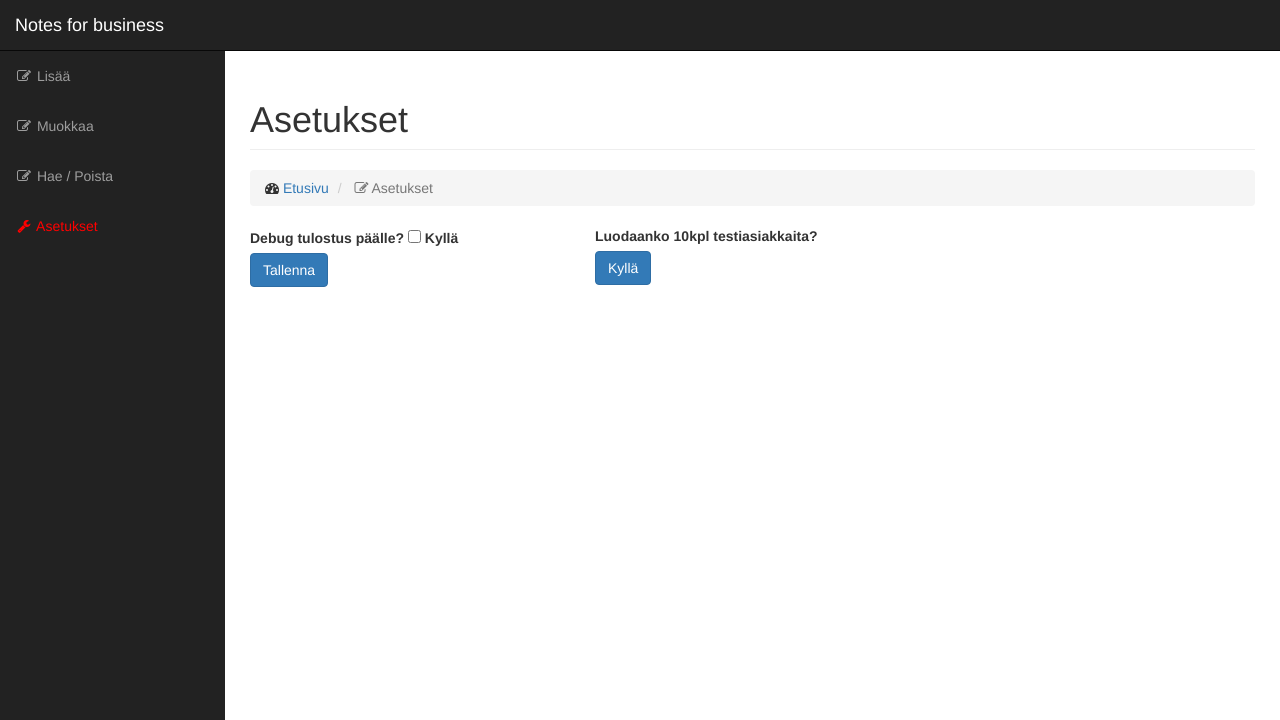
Repository: TommiKurjensalo/php
Page: http://localhost/asetukset.php
An editor plug-in stored every save of this project. The page is shown before and after the next save, followed by the edit.
The browser window is 1280 px wide. The pictures show the whole page.
The page is run by PHP 8.4 with error messages shown; the project is at /var/www/html/.

Above is the page before, as saved 2017-04-22 18:31:59.

### sivut/asetukset.php
<?php
require_once "asetuksetLuokka.php";

// Käynnistetään sessio
session_start ();

// Onko painettu tallenna-painiketta
if (isset($_POST["tallenna"])) {
	if (isset($_COOKIE["isDebug"])) {
		echo "<div style='padding-left:300px;'>";
		echo "post debug: ".(isset($_POST["debug"])
				? $_POST["debug"] : 'notSet') ."  tallenna painike valittu </div>";
	}
	// Viedään muodostimelle kenttien arvot
		if (isset($_POST["debug"])) {
			$asetukset = true;

			// Kirjoitetaan session tiedot talteen
			$_SESSION ["asetukset"] = true;
			session_write_close ();

			// Asetetaan cookie, koska debug haluttiin päälle
			setcookie("isDebug", $_POST["debug"], time() +86400, "/sivut/"); // 86400 = 1 day

			echo (isset($_COOKIE["isDebug"]) ? "<br><div style='padding-left:300px;'> Cookies are enabled </div>" : '');

		} else {

				// Tuhotaan cookie, koska käyttäjä niin halusi
				setcookie("isDebug", "", time() - 3600, "/sivut/");

				echo (isset($_COOKIE["isDebug"]) ? "<br><div style='padding-left:300px;'>  if isset post debug else tuhotaan " : '');

				$_SESSION = array ();

					if (isset ( $_COOKIE [session_name ()] )) {
						setcookie ( session_name (), '', time () - 100, '/' );
					}

				session_destroy ();
				$asetukset = false;

				echo (isset($_COOKIE["isDebug"]) ? "<br> Cookies are disabled" :''). "</div>";
		}

	echo (isset($_COOKIE["isDebug"])
			? "<div style='padding-left:300px;'>if cookie debug sisältö: " .(isset($_COOKIE["isDebug"])
					? $_COOKIE["isDebug"] :'false'). "</div>" : '</div>');

} elseif (isset ( $_POST ["debug"] )) {
	if (isset ( $_SESSION ["asetukset"] )) {
		echo (isset($_COOKIE["isDebug"]) ? "<div style='padding-left:300px;'> elseif isset post&session </div>" :'');
		$_SESSION = array ();

		if (isset ( $_COOKIE [session_name ()] )) {
			setcookie ( session_name (), '', time () - 100, '/' );
		}

		session_destroy ();
	}

} else {

	// Sivulle tultiin ensimmäistä kertaa
	// Tehdään false muuttuja
	$asetukset = false;

	if (isset ($_COOKIE["isDebug"] )) {
		if (isset ( $_SESSION ["asetukset"] )) {
			echo (isset($_COOKIE["isDebug"]) ? "<div style='padding-left:300px;'><br>else isset session asetukset sisältö: " .$_SESSION ["asetukset"]. "</div>" :'');
			$asetukset = true;
		}

		$asetukset = true;
		echo (isset($_COOKIE["isDebug"]) ?
		"<div style='padding-left:300px;'>" .
		" else isset cookie debug sisältö: " .$_COOKIE["isDebug"]. "</div>":'');

	} elseif (isset ( $_SESSION ["asetukset"] )) {
		$asetukset = true;
	}



}

?>

<!DOCTYPE html>
<html lang="en">

<head>

    <meta charset="utf-8">
    <meta http-equiv="X-UA-Compatible" content="IE=edge">
    <meta name="viewport" content="width=device-width, initial-scale=1">
    <meta name="description" content="">
    <meta name="author" content="">

    <title>Notes</title>

    <!-- Bootstrap Core CSS -->
    <link href="css/bootstrap.min.css" rel="stylesheet">

    <!-- Custom CSS -->
    <link href="css/sb-admin.css" rel="stylesheet">

    <!-- Custom Fonts -->
    <link href="font-awesome/css/font-awesome.min.css" rel="stylesheet" type="text/css">

    <!-- HTML5 Shim and Respond.js IE8 support of HTML5 elements and media queries -->
    <!-- WARNING: Respond.js doesn't work if you view the page via file:// -->
    <!--[if lt IE 9]>
        <script src="https://oss.maxcdn.com/libs/html5shiv/3.7.0/html5shiv.js"></script>
        <script src="https://oss.maxcdn.com/libs/respond.js/1.4.2/respond.min.js"></script>
    <![endif]-->

</head>

<body>

    <div id="wrapper">

        <!-- Navigation -->
        <nav class="navbar navbar-inverse navbar-fixed-top" role="navigation">
            <!-- Brand and toggle get grouped for better mobile display -->
            <div class="navbar-header">
                 <a class="navbar-brand" href="index.php">Notes for business</a>

            </div>

            <!-- Sidebar Menu Items - These collapse to the responsive navigation menu on small screens -->
            <div class="collapse navbar-collapse navbar-ex1-collapse">
                <ul class="nav navbar-nav side-nav">
                    <li>
                        <a href="lisaa.php"> <i class="fa fa-fw fa-edit"></i> Lisää</a>
                    </li>
                    <li>
                        <a href="muokkaa.php"><i class="fa fa-fw fa-edit"></i> Muokkaa</a>
                    </li>
                    <li>
                        <a href="listaaKaikki.php"><i class="fa fa-fw fa-edit"></i> Hae / Poista</a>
                    </li>
                    <li>
                        <a href="asetukset.php" class="active"><i class="fa fa-fw fa-wrench"></i> Asetukset</a>
                    </li>

                </ul>
            </div>
            <!-- /.navbar-collapse -->
        </nav>

        <div id="page-wrapper">

            <div class="container-fluid">

                <!-- Page Heading -->
                <div class="row">
                    <div class="col-lg-12">
                        <h1 class="page-header">
                            Asetukset
                        </h1>
                        <ol class="breadcrumb">
                            <li>
                                <i class="fa fa-dashboard"></i>  <a href="index.php">Etusivu</a>
                            </li>
                            <li class="active">
                                <i class="fa fa-edit"></i> Asetukset
                            </li>
                        </ol>
                    </div>
                </div>
                <!-- /.row -->

                <div class="row">
                    <div class="col-lg-4">

                        <form class="form-inline" role="form" action="<?php echo htmlspecialchars($_SERVER["PHP_SELF"]);?>" method="post">

                            <div class="form-check form-check-inline">
  							  <label class="form-check-label"> Debug tulostus päälle?
	                                	<input name="debug" type="checkbox" class="form-check-input" value="true"
	                                	<?php echo (($asetukset ===true) ? ' checked' : ''); ?> /> Kyllä</label>
	                                </div>

                          	<div class="form-group">

                            		<input name="tallenna" type="submit" class="btn btn-primary px-2" value="Tallenna"/>
							</div> <!-- ./form-group -->


					</div> <!-- ./col-lg-4 -->

						<div class="col-lg-4"> <!-- luo testi asiakkaita -->
						<label>Luodaanko 10kpl testiasiakkaita?</label>
							<?php
							if (isset($_POST["luoTestiAsiakkaita"])) {
							try {

								$asiakas = new Asetukset();
								$rivit = $asiakas->lisaaTestiAsiakkaita();

							echo ((stripos($rivit[0], 'lisaa ok') !== FALSE && stripos($rivit[1],
			                      'lisaa_kayttojarjestelma ok') !== FALSE)
			                       ? '<h3 style="color:green"><i class="glyphicon glyphicon-ok">
			                       </i> Testi asiakkaat on lisätty onnistuneesti! <br> Lisättyjä rivejä: '
			                       .$rivit[2]. '</h3>': '<h3>Lisäys epäonnistui</h3>');
							} catch (Exception $error) {

								print($error->getMessage());
								echo "<br>";
								}
							}
							?>

							<div class="form-group">
                 					<input name="luoTestiAsiakkaita" type="submit" class="btn btn-primary px-2" value="Kyllä"/>
							</div> <!-- ./form-group -->

						</div> <!-- ./col-lg-4  luo testi asiakkaita -->

                    </form>
                </div>
                <!-- /.row -->

            </div>
            <!-- /.container-fluid -->

        </div>
        <!-- /#page-wrapper -->

    </div>
    <!-- /#wrapper -->

    <!-- jQuery -->
    <script src="js/jquery.js"></script>

    <!-- Bootstrap Core JavaScript -->
    <script src="js/bootstrap.min.js"></script>

</body>

</html>

### sivut/asetuksetLuokka.php
<?php
require_once "PDO.php";

class Asetukset {
public function lisaaTestiAsiakkaita() {

// *** lisaa taulun lisäys
for ($i=1;$i<=10;$i++) {
	// Luodaan SQL kysely tietojen lisäystä varten
	$sql_lisaa = "INSERT INTO lisaa (asiakkaanNimi,sahkopostiosoite,puhelinNumero,
                        		asennusPaivamaara,levytila,lisatietoa)
                               	VALUE (:asiakkaanNimi,:sahkopostiosoite,:puhelinNumero,
                                :asennusPaivamaara,:levytila,:lisatietoa);";

	// Valmistellaan lause
	$stmt_lisaa = Database :: prepare($sql_lisaa);

	// Jos lausetta ei ole onnistuneesti valmisteltu, annetaan virheilmoitus
	if (! $stmt_lisaa = Database :: prepare($sql_lisaa)) {
		$virhe_lisaa = Database :: errorInfo();

		throw new PDOException($virhe_lisaa[2], $virhe_lisaa[1]);
	}

	// Asetetaan asiakkaan nimi Asiakas?
	$stmt_lisaa->bindValue(":asiakkaanNimi", utf8_decode("Asiakas".$i), PDO::PARAM_STR);

	// Asetetaan sähköposti
	$stmt_lisaa->bindValue(":sahkopostiosoite", utf8_decode("asiakas".$i."@asiakas.org"), PDO::PARAM_STR);

	// Asetetaan puhelinnumero
	$stmt_lisaa->bindValue(":puhelinNumero", utf8_decode("040-123 45".$i), PDO::PARAM_STR);

	// Asetetaan asennuspäivämäärä
	$stmt_lisaa->bindValue(":asennusPaivamaara", utf8_decode("2016-05-" .$i), PDO::PARAM_STR);

	// Asetetaan levytila 20x Gt
	$stmt_lisaa->bindValue(":levytila", utf8_decode("20".$i), PDO::PARAM_INT);


	// Asetetaan lisatietoa
	$stmt_lisaa->bindValue(":lisatietoa", utf8_decode("Lisätietoja koskien asiakasta".$i), PDO::PARAM_STR);

	$tulos = array();

	// Jos SQL kyselylausekkeen ajo epäonnistuu, näytetään virheviesti
	if (! $stmt_lisaa->execute()) {
		$virhe_lisaa = $stmt_lisaa->errorInfo();
		$tulos[] = $virhe_lisaa;

		if ($virhe_lisaa[0] == "HY093") {
			$virhe_lisaa[2] = "Invalid parameter";
		}
		throw new PDOException($virhe_lisaa[2], $virhe_lisaa[1]);
	} else {
		$tulos[] = "lisaa ok";
	}
//} // for loop - lisaa kantaan

	// debuggausta varten
	if (isset($_COOKIE["isDebug"])) {
		echo "<br>var_dump: ".	var_dump($lisaa). "<br>";
		echo "INSERT INTO lisaa (lisaaId,asiakkaanNimi,sahkopostiosoite,puhelinNumero,
				asennusPaivamaara,levytila,lisatietoa)
				VALUE (:lisaaId,\"".$lisaa->getAsiakkaanNimi()."\",\"" .$lisaa->getSahkopostiosoite(). "\",\"" .$lisaa->getPuhelinNumero()."\",
				\"".$asennusPaivamaara."\",\"".$lisaa->getLevytila()."\",\"".$lisaa->getLisatietoa()."\");";

		echo '<br>';
	}

// *** lisaa_kayttajarjestelma taulun lisäys
$y=0; // muuttuja käyttöjärjestelmä id:tä varten

//for ($i=1;$i<=10;$i++) {
	(($y >=4) ? $y=1 : $y++);
	// SQL lauseke
	$sql_linkkaus = "INSERT INTO lisaa_kayttojarjestelma (kayttoJarjestelmaId,lisaaId)
                     VALUE (:kayttoJarjestelmaId,:lisaaId);";

	// Valmistellaan lause
	$stmt_linkkaus = Database :: prepare($sql_linkkaus);

	// Jos lausetta ei ole onnistuneesti valmisteltu, annetaan virheilmoitus
	if (! $stmt_linkkaus = Database :: prepare($sql_linkkaus)) {
		$virhe_linkkaus = Database :: errorInfo();

		throw new PDOException($virhe_linkkaus[2], $virhe_linkkaus[1]);
	}

	// Asetetaan käyttöjärjestelmä id
	$stmt_linkkaus->bindValue(":kayttoJarjestelmaId", utf8_decode($y), PDO::PARAM_STR);

	// Asetetaan lisaa id
	$stmt_linkkaus->bindValue(":lisaaId", utf8_decode(Database::lastInsertId()), PDO::PARAM_INT);

	// Jos SQL kyselylausekkeen ajo epäonnistuu, näytetään virheviesti
	if (! $stmt_linkkaus->execute()) {
		$virhe_linkkaus = $stmt_linkkaus->errorInfo();
		$tulos[] = $virhe_linkkaus;
		if ($virhe_linkkaus[0] == "HY093") {
			$virhe_linkkaus[2] = "Invalid parameter";
		}

		throw new PDOException($virhe_linkkaus[2], $virhe_linkkaus[1]);
	} else {
		$tulos[] = "lisaa_kayttojarjestelma ok";
	}

	if (isset($_COOKIE["isDebug"])) {
		echo "INSERT INTO lisaa_kayttojarjestelma (kayttoJarjestelmaId,lisaaId)
              VALUE (\"".$y."\",\"".Database::lastInsertId()."\");";
	}

} // for loop -


	$this->lkm = $stmt_lisaa->rowCount();
	$tulos[] = $this->lkm;
	return $tulos;

} // function lisaaTestiAsiakkaita
}
?>

### sivut/PDO.php
<?php

class Database {

	// Määritellään $link muuttujalle arvo null
	private static $link = null ;

	// Luodaan funktio getLink, joka palauttaa $link arvon, jos se on true
	private static function getLink ( ) {
		if ( self :: $link ) {
			return self :: $link ;
		}

		// Määritellään asetustiedosto
		$ini = "pdo_settings.ini" ;

		// Määritetään, muuttujalle asetustiedoston sisältö, jos tiedostoa ei löydy annettaan virheilmoitus
		//$parse = parse_ini_file ( $ini , TRUE ) ;
		if (!$parse = parse_ini_file($ini, TRUE,INI_SCANNER_TYPED)) throw new exception('Ei pystytty avaamaan tiedostoa ' . $ini . '.');

		// Annetaan muuttujille arvot asetustiedostosta
		$driver = $parse [ "db_driver" ] ;
		$dsn = "${driver}:" ;
		$user = $parse [ "db_user" ] ;
		$password = $parse [ "db_password" ] ;
		$options = $parse [ "db_options" ] ;
		$attributes = $parse [ "db_attributes" ] ;

		// Luodaan [dsn] lohkon avulla $dsn muuttujan parametrit
		foreach ( $parse [ "dsn" ] as $k => $v ) {
			$dsn .= "${k}=${v};" ;
		}

		// Avataan uusi PDO yhteys annetuilla arvoilla
		self :: $link = new PDO ( $dsn, $user, $password, $options ) ;


		// Käydään attribuutit läpi ja ajetaan ne
		foreach ( $attributes as $k => $v ) {

			self :: $link -> setAttribute ( constant ( "{$k}" )
			, constant ( "{$v}" ) );
			//echo ( "link -> setAttribute (" .$k.", ".$v. ")" );
		}


		// Palautetaan $link (yhteys)
		return self :: $link ;

} // getLink

	// Pyytää linkin tiedon array listaan
	public static function __callStatic ( $name, $args ) {
		$callback = array ( self :: getLink ( ), $name ) ;
		return call_user_func_array ( $callback , $args ) ;
	}

	// Yksinkertainen funtio, joka testaa onko yhteys päällä
	public function isConnected()
	{
		try {
			return (bool) Database::query('SELECT 1+1');
		} catch (PDOException $e) {
			return FALSE;
		}
	} // isConnected
} // Database

?>

### sivut/css/sb-admin.css
/*!
 * Start Bootstrap - SB Admin (http://startbootstrap.com/)
 * Copyright 2013-2016 Start Bootstrap
 * Licensed under MIT (https://github.com/BlackrockDigital/startbootstrap/blob/gh-pages/LICENSE)
 */

/* Global Styles */

body {
    margin-top: 100px;
   /* background-color: #222; */
}

@media(min-width:768px) {
    body {
        margin-top: 50px;
    }
}

#wrapper {
    padding-left: 0;
}

#page-wrapper {
    width: 100%;
    padding: 0;
    background-color: #fff;
}

.huge {
    font-size: 50px;
    line-height: normal;
}

@media(min-width:768px) {
    #wrapper {
        padding-left: 225px;
    }

    #page-wrapper {
        padding: 10px;
    }
}

/* Top Navigation */

.top-nav {
    padding: 0 15px;
}

.top-nav>li {
    display: inline-block;
    float: left;
}

.top-nav>li>a {
    padding-top: 15px;
    padding-bottom: 15px;
    line-height: 20px;
    color: #999;
}

.top-nav>li>a:hover,
.top-nav>li>a:focus,
.top-nav>.open>a,
.top-nav>.open>a:hover,
.top-nav>.open>a:focus {
    color: #fff;
    background-color: #000;
}

.top-nav>.open>.dropdown-menu {
    float: left;
    position: absolute;
    margin-top: 0;
    border: 1px solid rgba(0,0,0,.15);
    border-top-left-radius: 0;
    border-top-right-radius: 0;
    background-color: #fff;
    -webkit-box-shadow: 0 6px 12px rgba(0,0,0,.175);
    box-shadow: 0 6px 12px rgba(0,0,0,.175);
}

.top-nav>.open>.dropdown-menu>li>a {
    white-space: normal;
}

ul.message-dropdown {
    padding: 0;
    max-height: 250px;
    overflow-x: hidden;
    overflow-y: auto;
}

li.message-preview {
    width: 275px;
    border-bottom: 1px solid rgba(0,0,0,.15);
}

li.message-preview>a {
    padding-top: 15px;
    padding-bottom: 15px;
}

li.message-footer {
    margin: 5px 0;
}

ul.alert-dropdown {
    width: 200px;
}

/* Side Navigation */

@media(min-width:768px) {
    .side-nav {
        position: fixed;
        top: 51px;
        left: 225px;
        width: 225px;
        margin-left: -225px;
        border: none;
        border-radius: 0;
        overflow-y: auto;
        background-color: #222;
        bottom: 0;
        overflow-x: hidden;
        padding-bottom: 40px;
    }

    .side-nav>li>a {
        width: 225px;
    }

	.nav .navbar-nav .side-nav > .active > a {
        color:red !important;
    }

	.side-nav a.active{
        color:red !important;
    }

    .side-nav li a:hover,
    .side-nav li a:focus {
        outline: none;
        background-color: #000 !important;
    }
}

.side-nav>li>ul {
    padding: 0;
}

.side-nav>li>ul>li>a {
    display: block;
    padding: 10px 15px 10px 38px;
    text-decoration: none;
    color: #999;
}

.side-nav>li>ul>li>a:hover {
    color: #fff;
}

/* Flot Chart Containers */

.flot-chart {
    display: block;
    height: 400px;
}

.flot-chart-content {
    width: 100%;
    height: 100%;
}

/* Custom Colored Panels */

.huge {
    font-size: 40px;
}

.panel-green {
    border-color: #5cb85c;
}

.panel-green > .panel-heading {
    border-color: #5cb85c;
    color: #fff;
    background-color: #5cb85c;
}

.panel-green > a {
    color: #5cb85c;
}

.panel-green > a:hover {
    color: #3d8b3d;
}

.panel-red {
    border-color: #d9534f;
}

.panel-red > .panel-heading {
    border-color: #d9534f;
    color: #fff;
    background-color: #d9534f;
}

.panel-red > a {
    color: #d9534f;
}

.panel-red > a:hover {
    color: #b52b27;
}

.panel-yellow {
    border-color: #f0ad4e;
}

.panel-yellow > .panel-heading {
    border-color: #f0ad4e;
    color: #fff;
    background-color: #f0ad4e;
}

.panel-yellow > a {
    color: #f0ad4e;
}

.panel-yellow > a:hover {
    color: #df8a13;
}

@media screen and (max-width: 1024px) {
				.etusivu {
				left: 50%;
				margin-left: -512px; }
		}

.etusivu {
			background: linear-gradient(to bottom,rgba(0, 0, 0, 0), rgba(0, 0, 0, 0.4)
			),url(../img/film-background.jpg);
			position: fixed;
			overflow: hidden;
			left: 0;
	  		/* Set rules to fill background */
			min-height: 100%;
			min-width: 1024px;

			/* Set up proportionate scaling */
			width: 100%;
			height: auto;
    	}

.etusivu > h1 {
		     margin: 0;
			 color: white;
			 padding: 10% 0 0 50%;
			 text-shadow: 10px 10px 0 black;
		 }

hr {
   display: block;
   position: relative;
   height: 0;
   width: 100%;
   max-height: 0;
   font-size: 1px;
   line-height: 10px;
   clear: both;
   border: none;
   border-top: 2px solid #aaaaaa;
   border-bottom: 2px solid #ffffff;
}

.table-hover>tbody>tr:hover>td, .table-hover>tbody>tr:hover>th {
  background-color: #646464;
  color:#eeeeee;
}

Loaded but not shown: sivut/css/bootstrap.min.css (library); sivut/font-awesome/css/font-awesome.min.css (library); sivut/js/jquery.js (library); sivut/js/bootstrap.min.js (library)

After the next save:
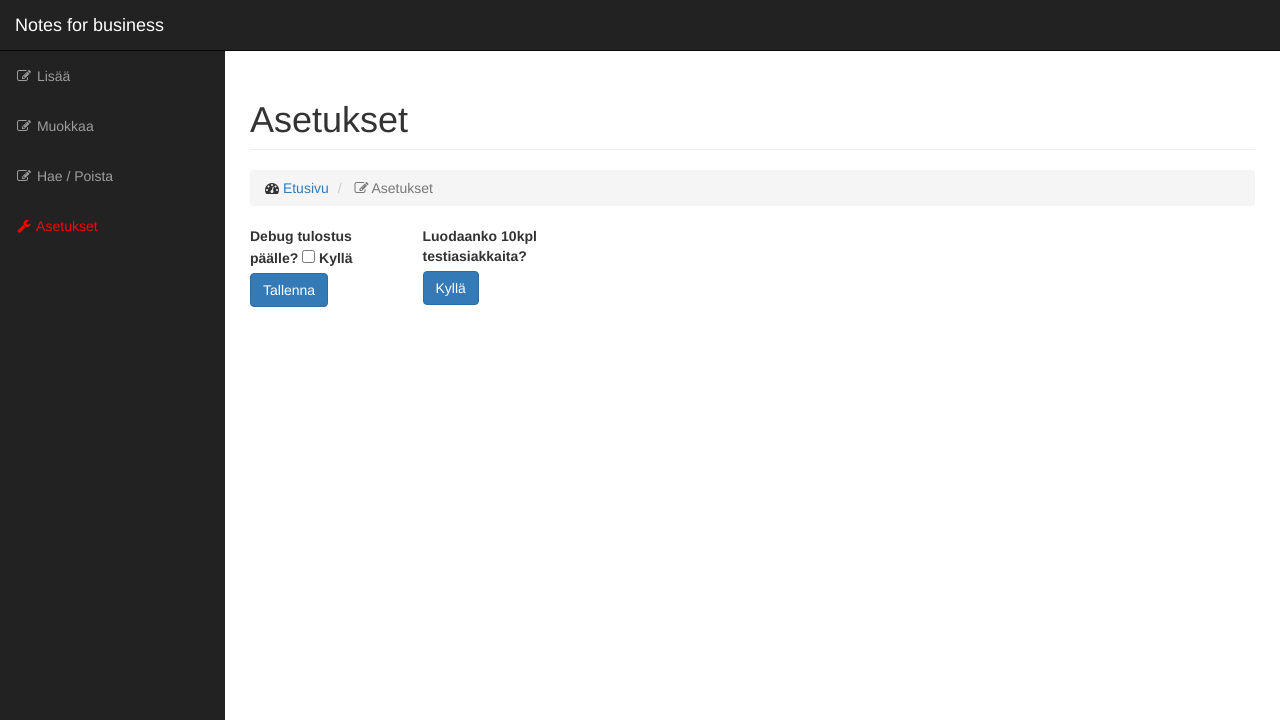
Saved 14 s later.
--- a/sivut/asetukset.php
+++ b/sivut/asetukset.php
@@ -173,7 +173,7 @@ if (isset($_POST["tallenna"])) {
                 <!-- /.row -->
 
                 <div class="row">
-                    <div class="col-lg-4">
+                    <div class="col-lg-2">
 
                         <form class="form-inline" role="form" action="<?php echo htmlspecialchars($_SERVER["PHP_SELF"]);?>" method="post">
 
@@ -191,7 +191,7 @@ if (isset($_POST["tallenna"])) {
 
 					</div> <!-- ./col-lg-4 -->
 
-						<div class="col-lg-4"> <!-- luo testi asiakkaita -->
+						<div class="col-lg-2"> <!-- luo testi asiakkaita -->
 						<label>Luodaanko 10kpl testiasiakkaita?</label>
 							<?php
 							if (isset($_POST["luoTestiAsiakkaita"])) {
